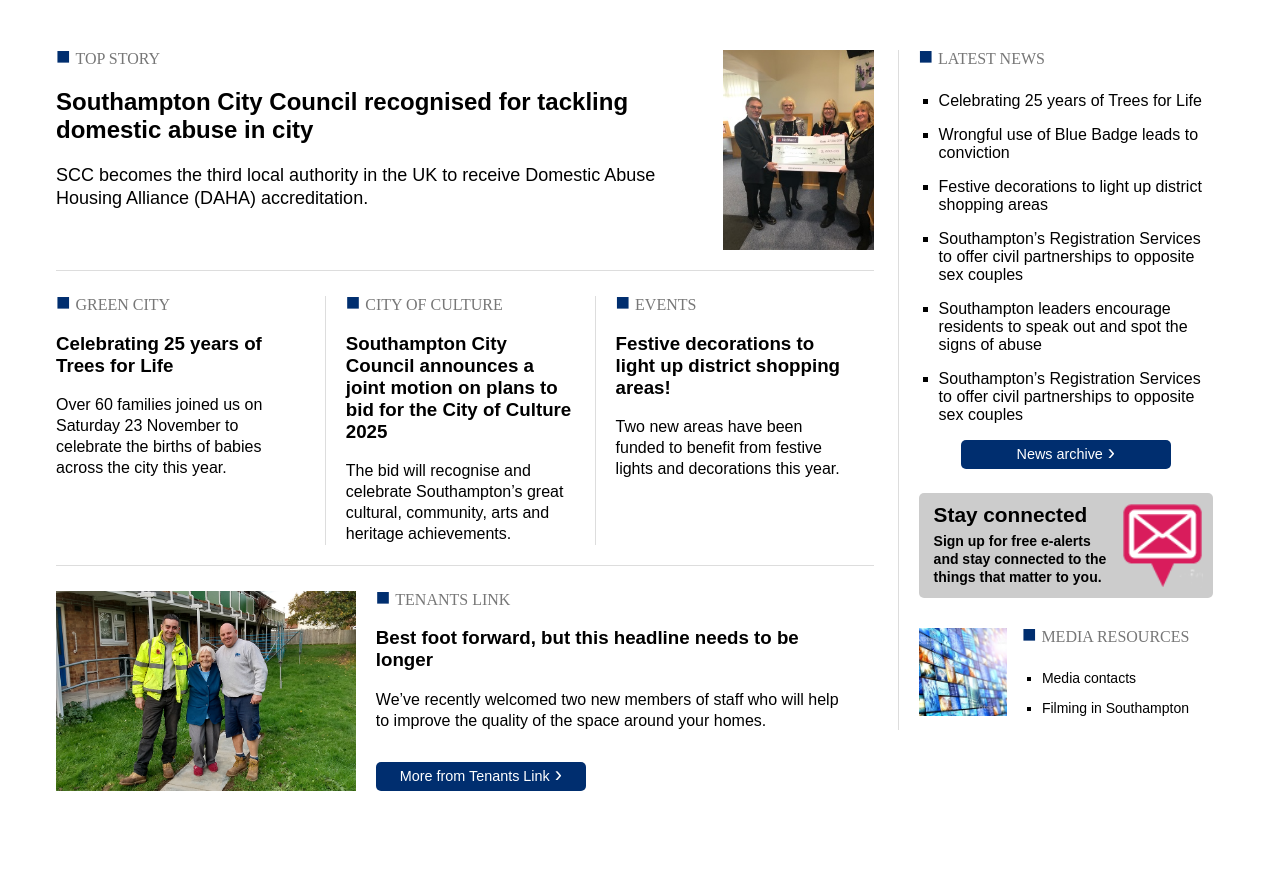
Repository: Domehead123/newspage
Page: index2.html
The author's editor kept a record of every edit. The page is drawn from the files as they stood at one moment, then again after the next edit.
The browser window is 1280 px wide. The pictures show the whole page.
Some web libraries are served in a nearby version.

Above is the page before.

After the next edit:
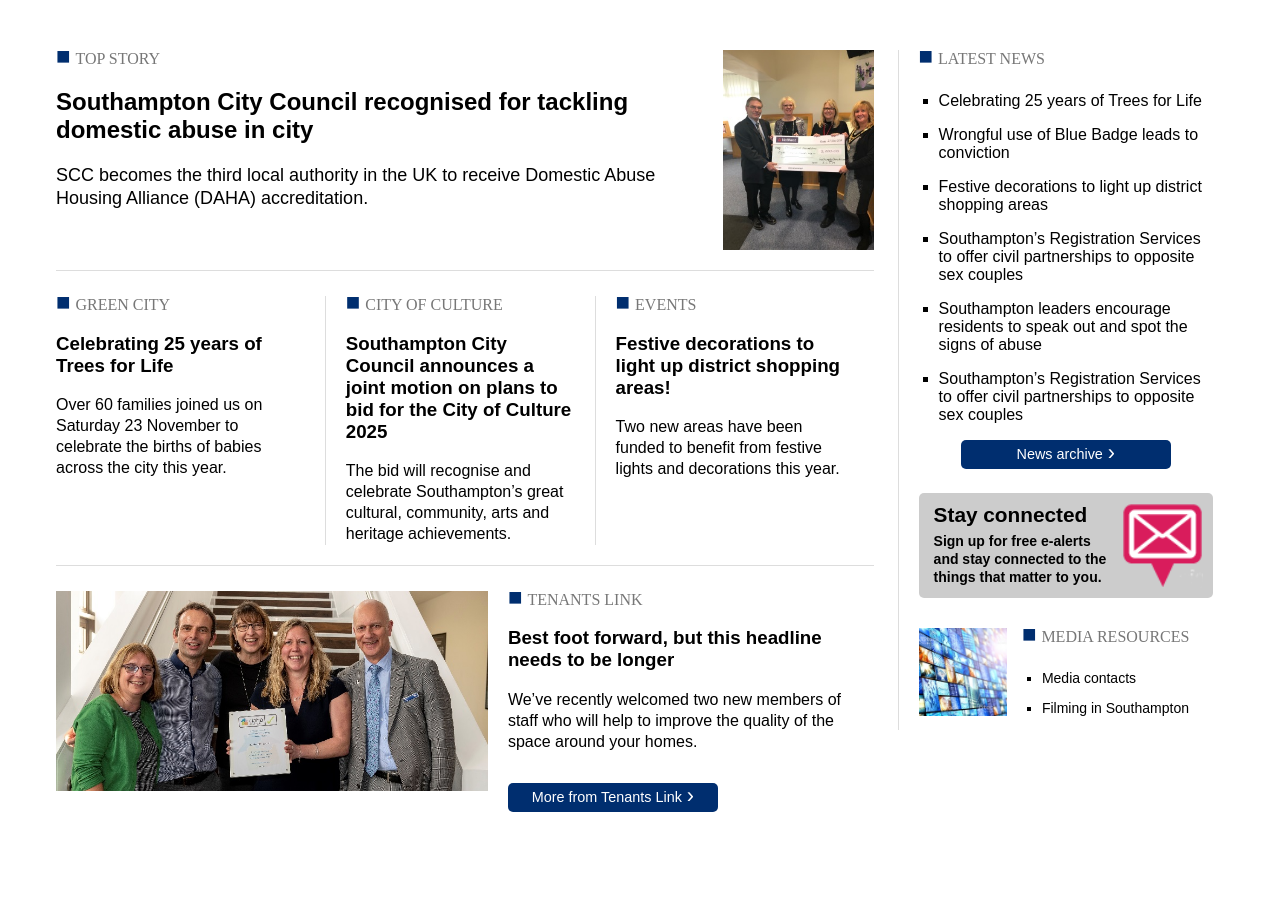
The edit:
--- a/index2.html
+++ b/index2.html
@@ -83,7 +83,7 @@
             <div class="bottom-row">
 
                 <div class="tenants-container">
-                    <div class="tenants"><a href="#"><img class="bottom-large-pic" src="images/tenants.jpg"></a>
+                    <div class="tenants"><a href="#"><img class="bottom-large-pic" src="images/DAHA.jpg"></a>
 
                         <div class="subject-header ">TENANTS LINK</div>
 
